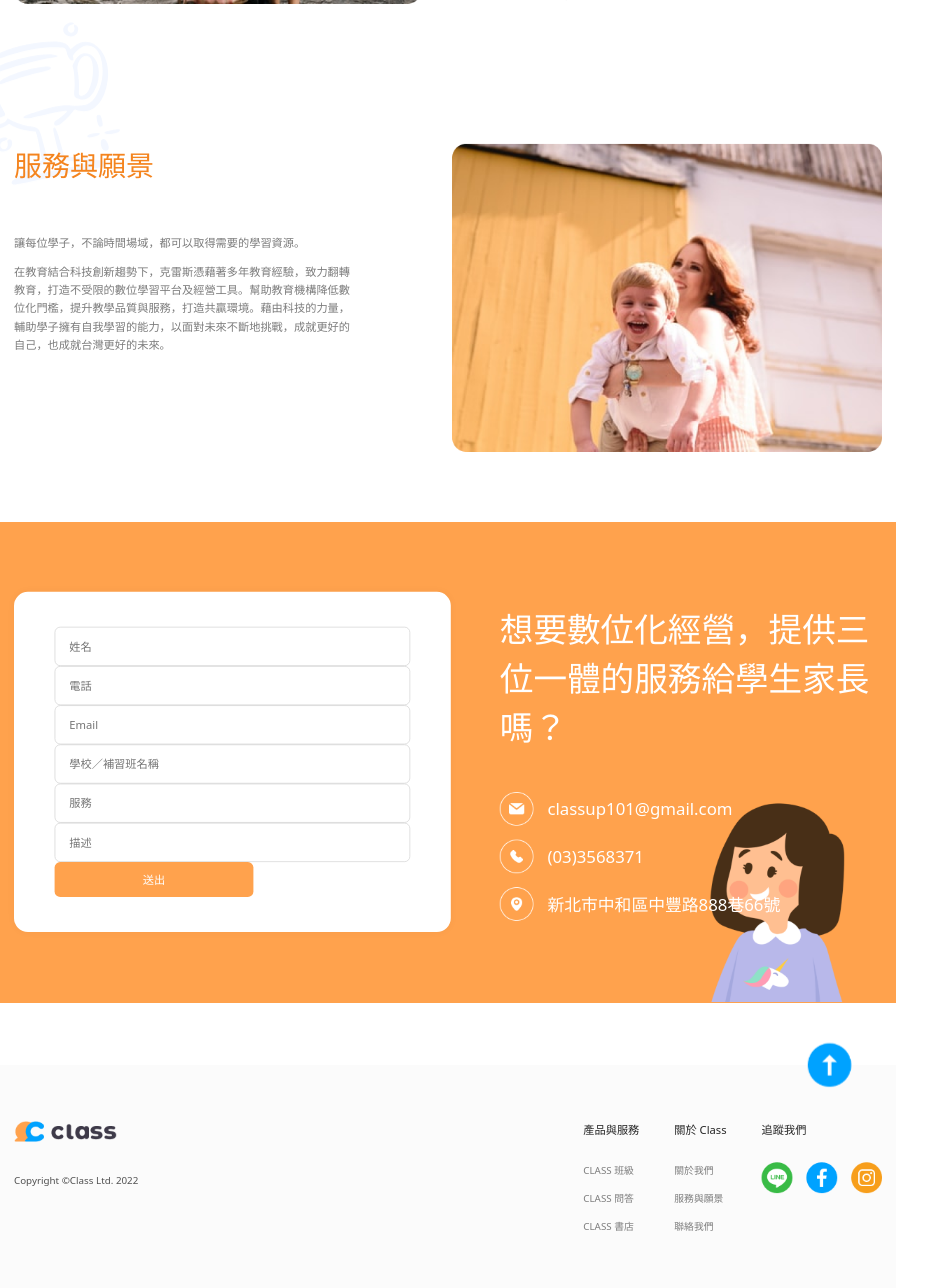
Repository: nathanltd/Class-Official
Page: /
An editor plug-in stored every save of this project. The page is shown before and after a run of saves, followed by the edit.
The browser window is 1280 px wide. The page is 1338 px wide, so the pictures cover 1338 px, including what lies to the right of the window. The pictures show the part of the page from y = 4189 to 6029 px (the page is 6029 px tall), at 70% of full size.
The project was rebuilt for these pictures with package versions that can differ from the ones it lists, and the page was loaded fresh each time. Also part of the build but not shown: src/Components/DownloadApp/App.css, src/Components/DownloadApp/App.jsx, src/Pages/Class/styles/Feature.css, src/Pages/Class/Feature.jsx, src/Pages/Class/styles/Hero.css, src/Pages/Class/Hero.jsx, src/Pages/Class/styles/Provide.css, src/Pages/Class/Provide.jsx and 13 more.

Above is the page before, as saved 2022-10-15 10:39:08.

After the next 3 saves:
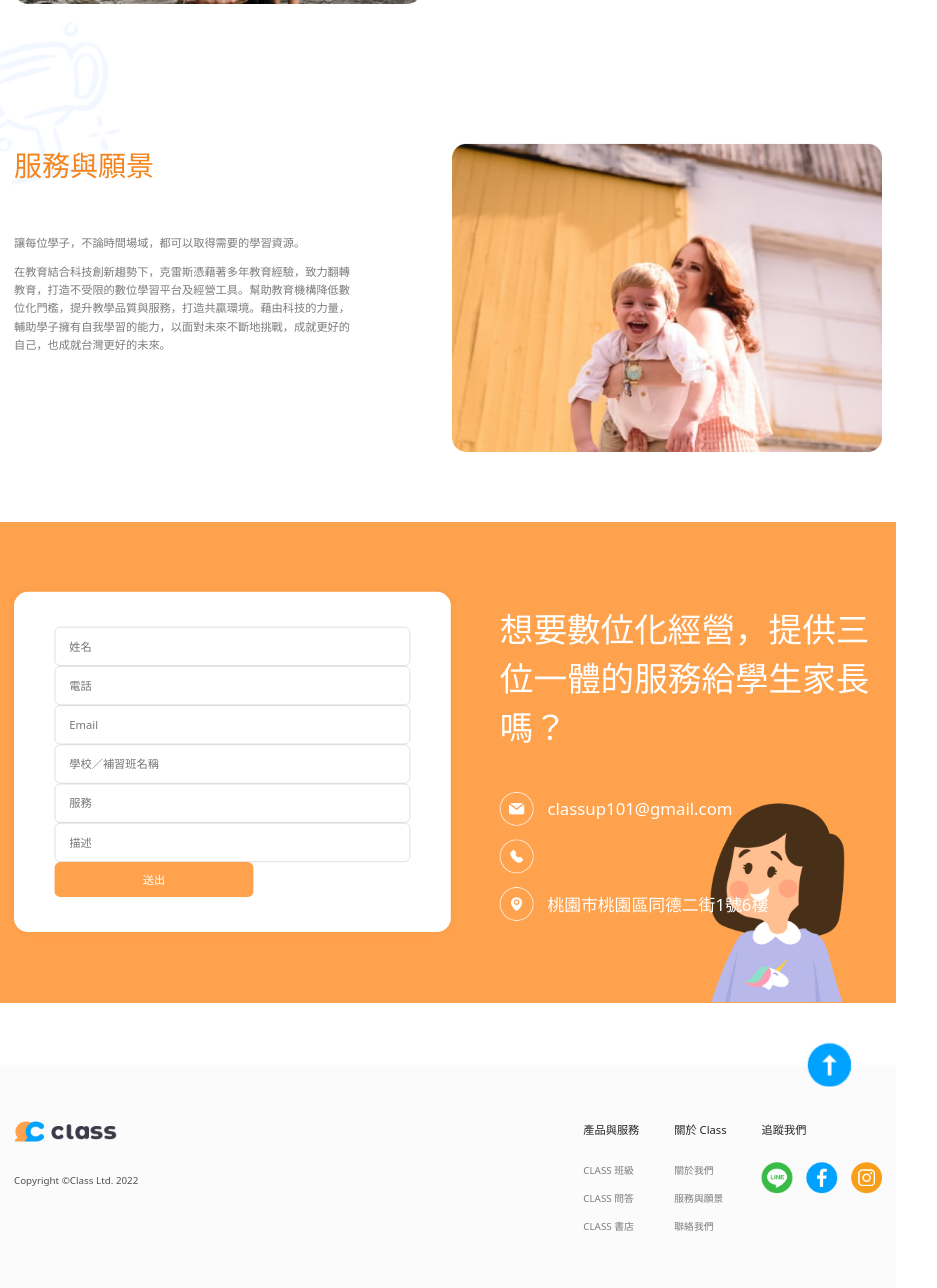
The 3 saves are shown as one change because they came seconds apart.
The last was saved 17 s later.
--- a/src/Pages/Landing/Contact.jsx
+++ b/src/Pages/Landing/Contact.jsx
@@ -118,11 +118,11 @@ const Contact = () => {
               </a>
 
               <a href="tel:(03)3568371">
-                <img src="/assets/phone.png" alt="" /> (03)3568371
+                <img src="/assets/phone.png" alt="" />
               </a>
               <a href="#">
                 <img src="/assets/location.png" alt="" />{" "}
-                新北市中和區中豐路888巷66號
+                桃園市桃園區同德二街1號6樓
               </a>
             </Fade>
           </div>
